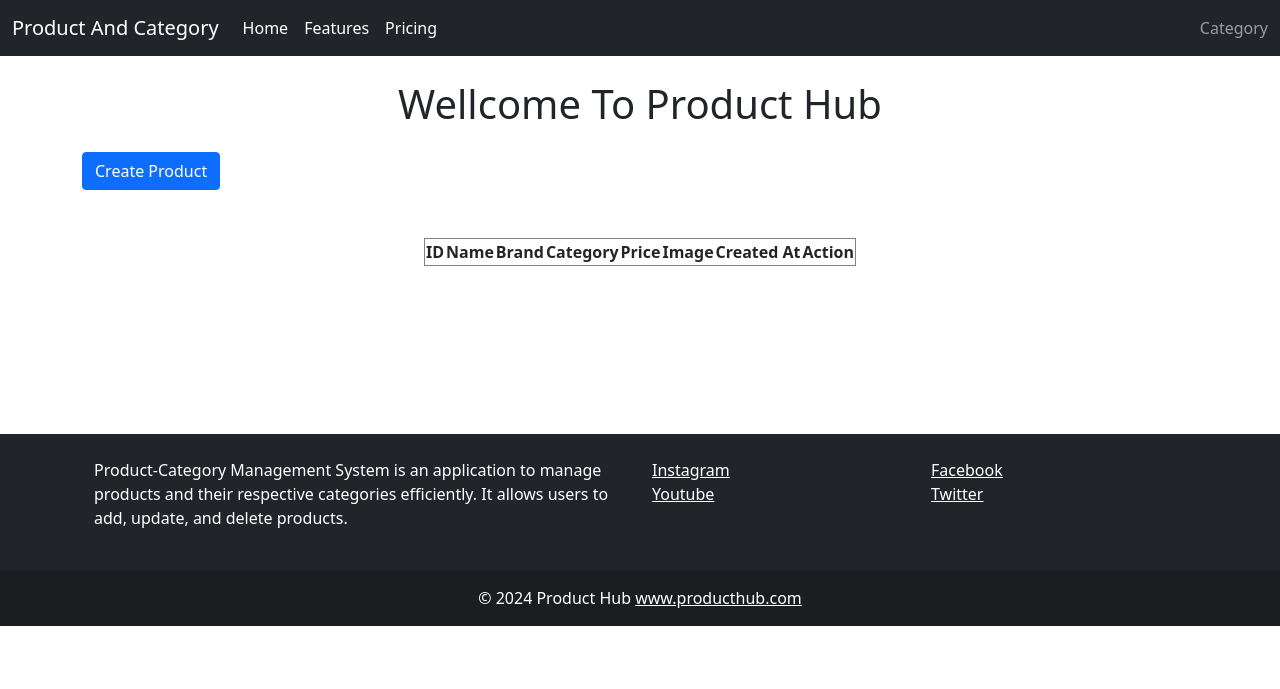
Repository: Pratik8317/Nimap_Assessment
Page: http://localhost/Product
The author's editor kept a copy of each file at every save. The page is drawn from the files as they stood at one save, then again after the next save.
The browser window is 1280 px wide. The pictures show the whole page.
The page is this project's Thymeleaf template; nobody is signed in. The template is opened directly, without the code that normally fills it, so the values that code supplies are empty.

Above is the page before, as saved 2024-11-26 09:54:27.

After the next save:
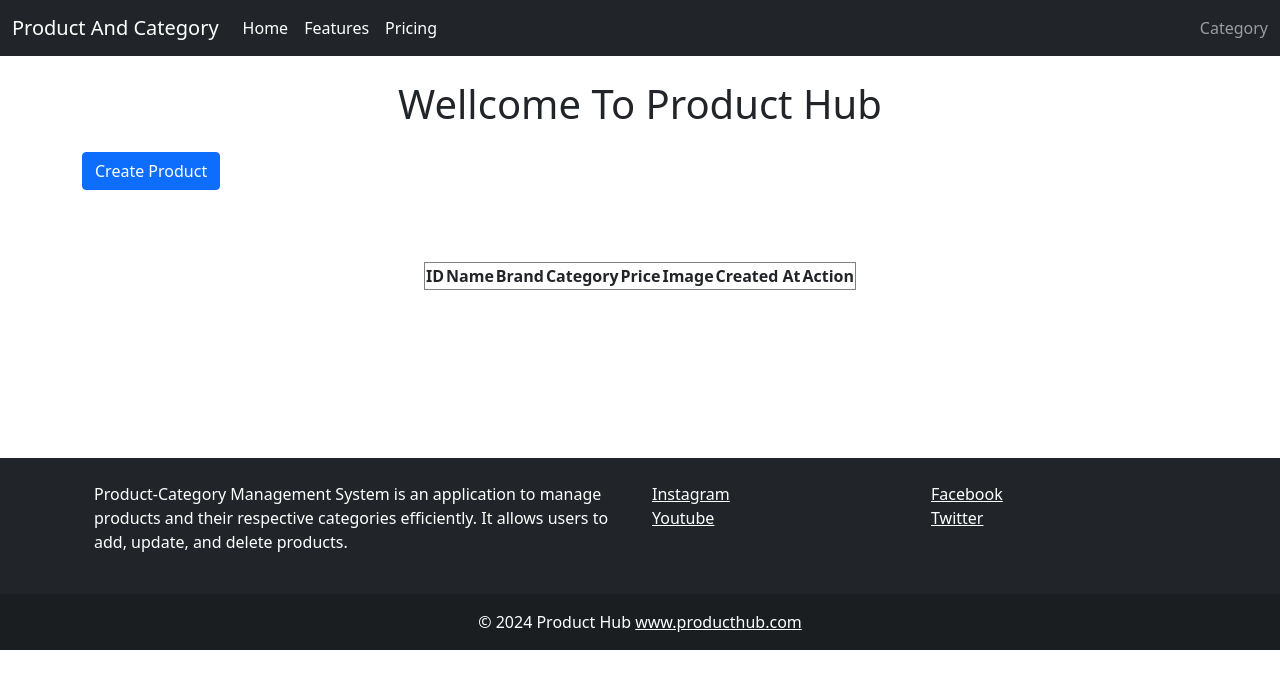
Saved 58 s later.
--- a/Nimap Assessment/Product_Hub/src/main/resources/templates/Product.html
+++ b/Nimap Assessment/Product_Hub/src/main/resources/templates/Product.html
@@ -39,7 +39,7 @@
         <table border="1" align="center">
             <thead>
                 <tr>
-                    <th>ID</th>
+                    <th>ID</th> &nbsp;&nbsp;&nbsp;&nbsp;&nbsp;
                     <th>Name</th>
                     <th>Brand</th>
                     <th>Category</th>

After the save that followed:
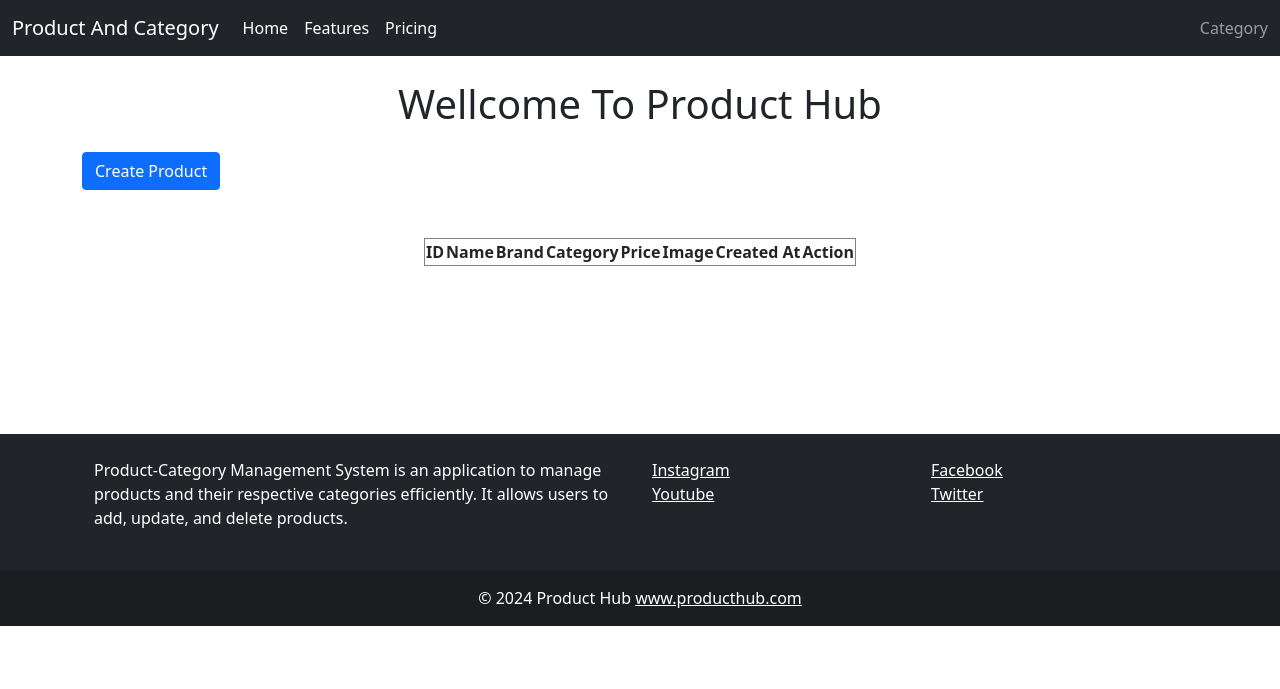
Saved 18 s later.
--- a/Nimap Assessment/Product_Hub/src/main/resources/templates/Product.html
+++ b/Nimap Assessment/Product_Hub/src/main/resources/templates/Product.html
@@ -39,7 +39,7 @@
         <table border="1" align="center">
             <thead>
                 <tr>
-                    <th>ID</th> &nbsp;&nbsp;&nbsp;&nbsp;&nbsp;
+                    <th>ID</th>
                     <th>Name</th>
                     <th>Brand</th>
                     <th>Category</th>
